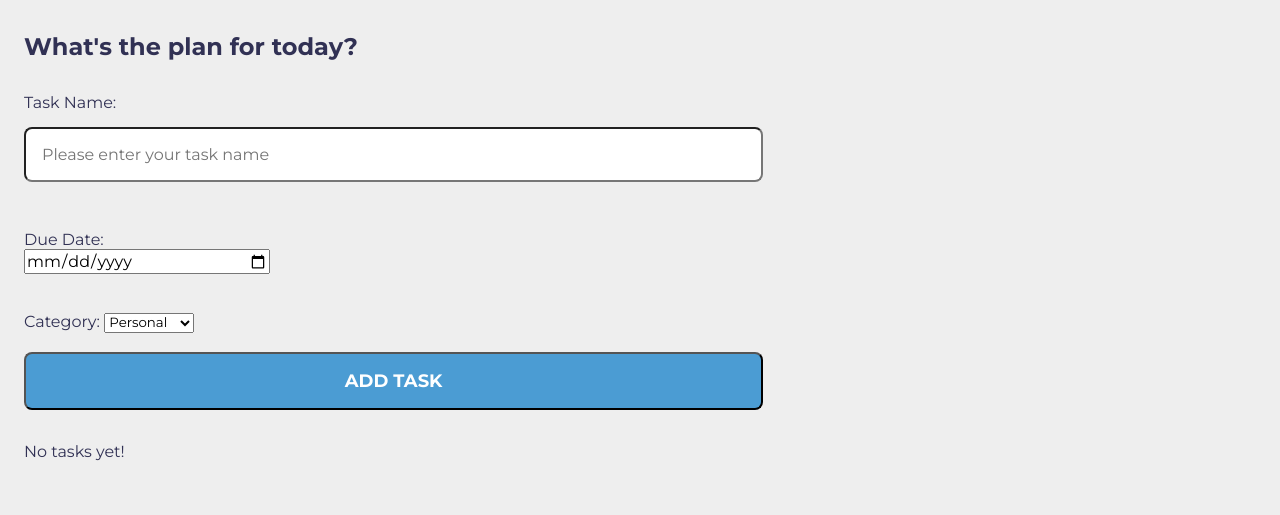
Repository: comp426-2023-spring/a99-SnowPile
Page: http://localhost/
An editor plug-in stored every save of this project. The page is shown before and after the next save, followed by the edit.
The browser window is 1280 px wide. The pictures show the whole page.
Some web fonts or font styles are not loaded; a fallback is used. The page is served by the project's Node server (app.js).

Above is the page before, as saved 2023-04-15 21:34:44.

### frontend/views/index.ejs
<!DOCTYPE html>
<html>
  <head>
    <title>Todo List</title>
    <!-- CSS import -->
    <link rel="stylesheet" type="text/css" href="/style.css"/>

    <!-- Set font -->
    <link rel="preconnect" href="https://fonts.googleapis.com">
    <link rel="preconnect" href="https://fonts.gstatic.com" crossorigin>
    <link href="https://fonts.googleapis.com/css2?family=Fira+Sans:ital,wght@0,400;0,700;0,900;1,400&family=Montserrat:ital,wght@0,400;0,700;0,900;1,400&display=swap" rel="stylesheet">
  </head>
  <body>
    <!-- Greeting -->
    <section class="greeting">
      <h2>What's the plan for today?</h2>
    </section>


    <!-- New Todo -->
    <section class="create-todo">
      <form action="/addTask" method="POST">

        <label for="taskName">Task Name:</label>
        <input type="text" placeholder="Please enter your task name" id="taskName" name="taskName" required><br><br>

        <label for="dueDate">Due Date:</label>
        <input type="date" id="dueDate" name="dueDate" required><br><br>

        <label for="category">Category:</label>
        <select id="category" name="category">
          <option value="Personal">Personal</option>
          <option value="Academic">Academic</option>
          <option value="Work">Work</option>
        </select><br><br>

        <input type="submit" value="Add Task">

      </form>
    </section>
    <!-- Display todo list -->
    <section class="todo-list">
      <% if (tasks.length === 0) { %>
        <p>No tasks yet!</p>
      <% } else { %>
        <table>
          <tr>
            <th>Task Name</th>
            <th>Due Date</th>
            <th>Category</th>
            <th>Edit</th>
          </tr>
          <% for (let i = 0; i < tasks.length; i++) { %>
            <tr>
              <td><%= tasks[i].name %></td>
              <td><%= tasks[i].due %></td>
              <td><%= tasks[i].category %></td>
              <td>
                <form action="/editTask/<%= i %>" method="POST">
                  <input type="text" name="taskName" value="<%= tasks[i].name %>" required>
                  <input type="date" name="dueDate" value="<%= tasks[i].due %>" required>
                  <input type="submit" value="Edit">
                </form>
              </td>
            </tr>
          <% } %>
        </table>
      <% } %>
    </section>
  </body>
</html>

### frontend/app.js
const express = require('express');
const bodyParser = require('body-parser');
const app = express();
const port = 3000;

// set up body-parser middleware
app.use(bodyParser.urlencoded({ extended: false }));

// set up view engine
app.set('view engine', 'ejs');

// set up static folder
app.use(express.static('public'));

// initialize tasks array
let tasks = [];

// render index page with tasks array
app.get('/', (req, res) => {
  res.render('index', { tasks: tasks });
});

// create new task and add to tasks array
app.post('/addTask', (req, res) => {
  const taskName = req.body.taskName;
  const dueDate = req.body.dueDate;
  const category = req.body.category;

  const newTask = {
    name: taskName,
    due: dueDate,
    category: category,
  };

  tasks.push(newTask);
  res.redirect('/');
});

// edit existing task
app.post('/editTask/:id', (req, res) => {
  const id = req.params.id;
  const taskName = req.body.taskName;
  const dueDate = req.body.dueDate;

  tasks[id].name = taskName;
  tasks[id].due = dueDate;

  res.redirect('/');
});

// start server
app.listen(port, () => {
  console.log(`App listening at http://localhost:${port}`);
});

### frontend/public/style.css
* {
	margin: 0;
	padding: 0;
	box-sizing: border-box;
	font-family: 'montserrat', sans-serif;
}

body {
	background: #EEE;
	color: #313154;

}
section {
	margin-top: 2rem;
	margin-bottom: 2rem;
	padding-left: 1.5rem;
	padding-right: 1.5rem;
}

h2{
    color: #313154;
}


.create-todo input[type="text"] {
	display: block;
	width: 60%;
	font-size: 1rem;
	padding: 1rem 1rem;
	color: #313154;
	background-color: #FFF;
	border-radius: 0.5rem;
	box-shadow: none;
	margin-bottom: 10px;
	margin-top: 15px;
}
.create-todo input[type="date"] {
	display: block;
	width: 20%;
	font-size: 1rem;
}

.create-todo input[type="submit"]{
	display: block;
	width: 60%;
	font-size: 1.125rem;
	padding: 1rem 1.5rem;
	color: #FFF;
	font-weight: 700;
	text-transform: uppercase;
	background-color: #4B9CD3;
	/* box-shadow: #13294B; */
	box-shadow: none;
	border-radius: 0.5rem;
	cursor: pointer;
	transition: 0.2s ease-out;
}
.create-todo input[type="submit"]:hover {
	opacity: 0.75;
}

After the next save:
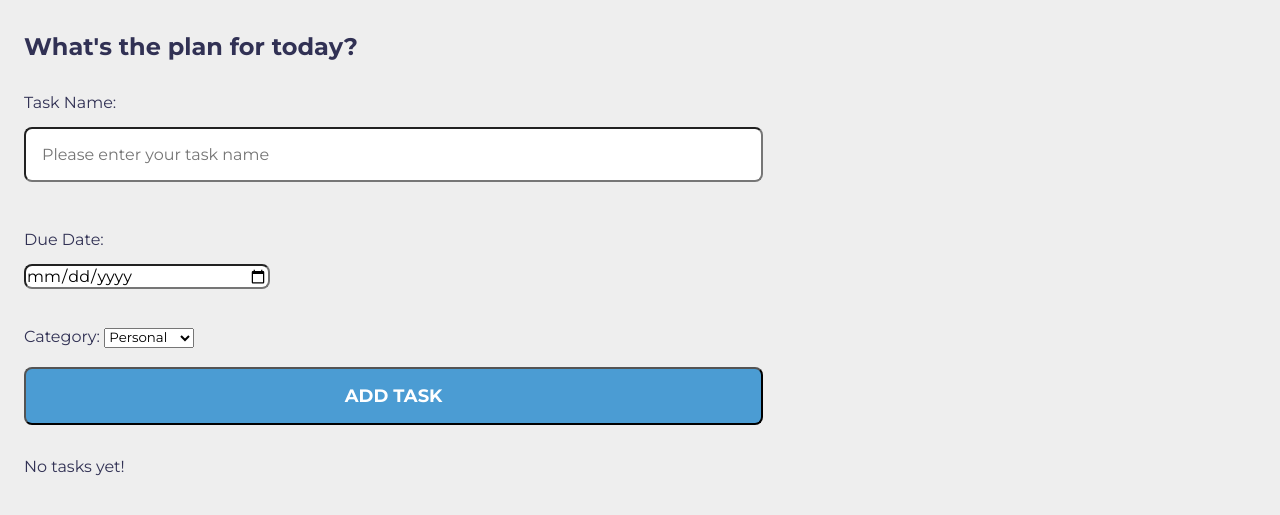
Saved 18 s later.
--- a/frontend/public/style.css
+++ b/frontend/public/style.css
@@ -38,6 +38,8 @@ h2{
 	display: block;
 	width: 20%;
 	font-size: 1rem;
+	border-radius: 0.5rem;
+	margin-top: 15px;
 }
 
 .create-todo input[type="submit"]{
